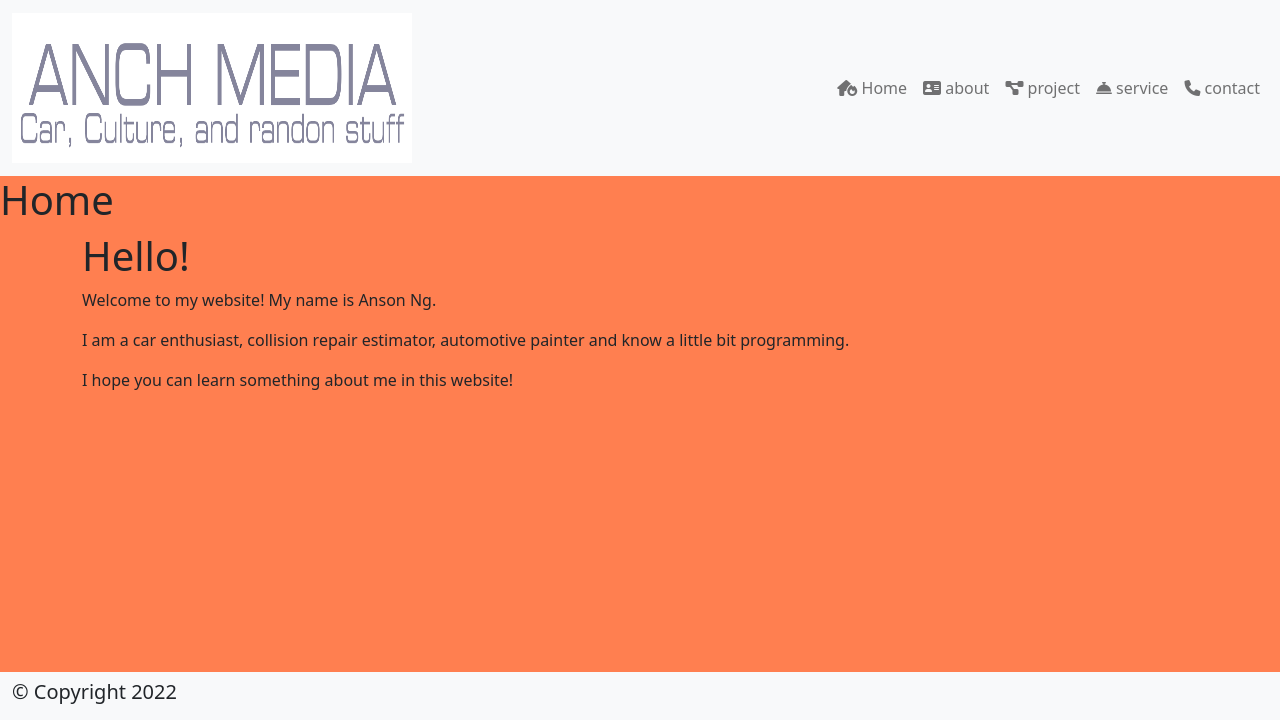
Repository: justhumanmaybe/assignment2
Page: http://localhost/
These files come from the project's save history. The page is drawn as it stood at one moment and after the next save; the edit follows.
The browser window is 1280 px wide. The pictures show the whole page.
The page is served by the project's Node server (server.js).

Above is the page before, as saved 2022-06-20 01:25:50.

After the next save:
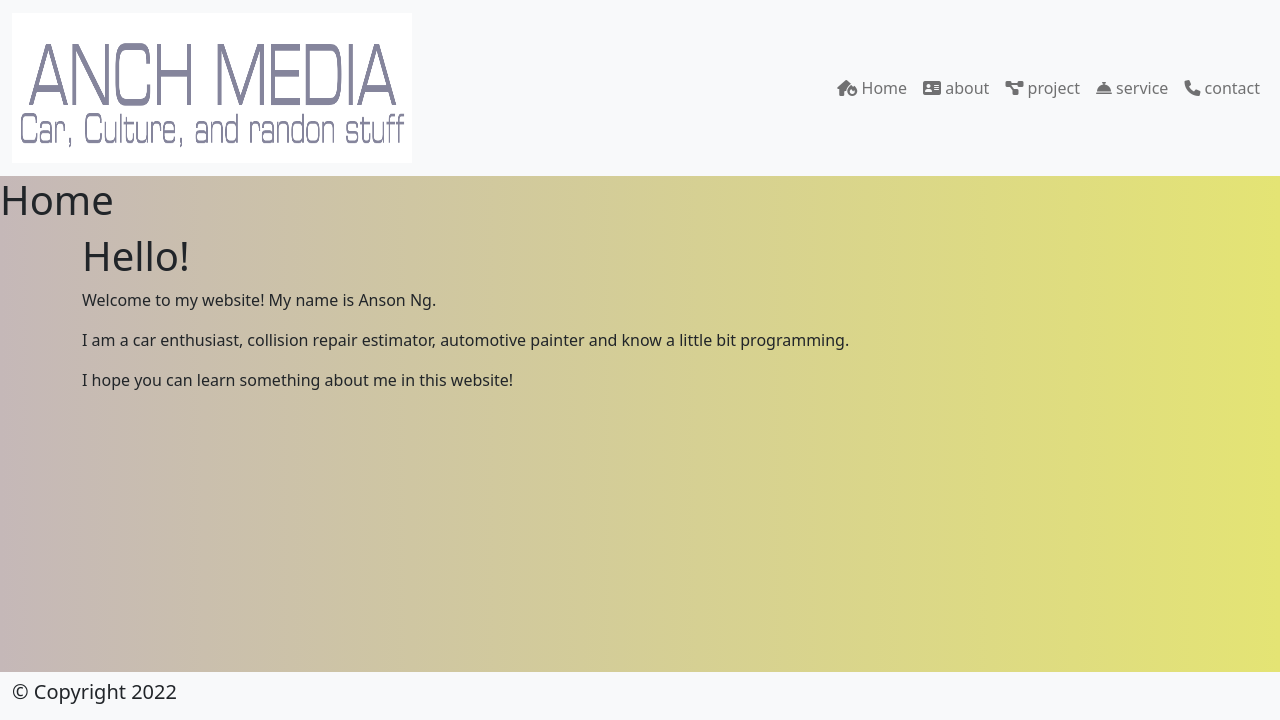
Saved 105 s later.
--- a/Client/Content/app.css
+++ b/Client/Content/app.css
@@ -1,2 +1,2 @@
 /* custom css*/
-body {background-color: coral;}
+body {background-image: linear-gradient(to right, rgb(197, 184, 184) , rgb(228, 228, 116));}
